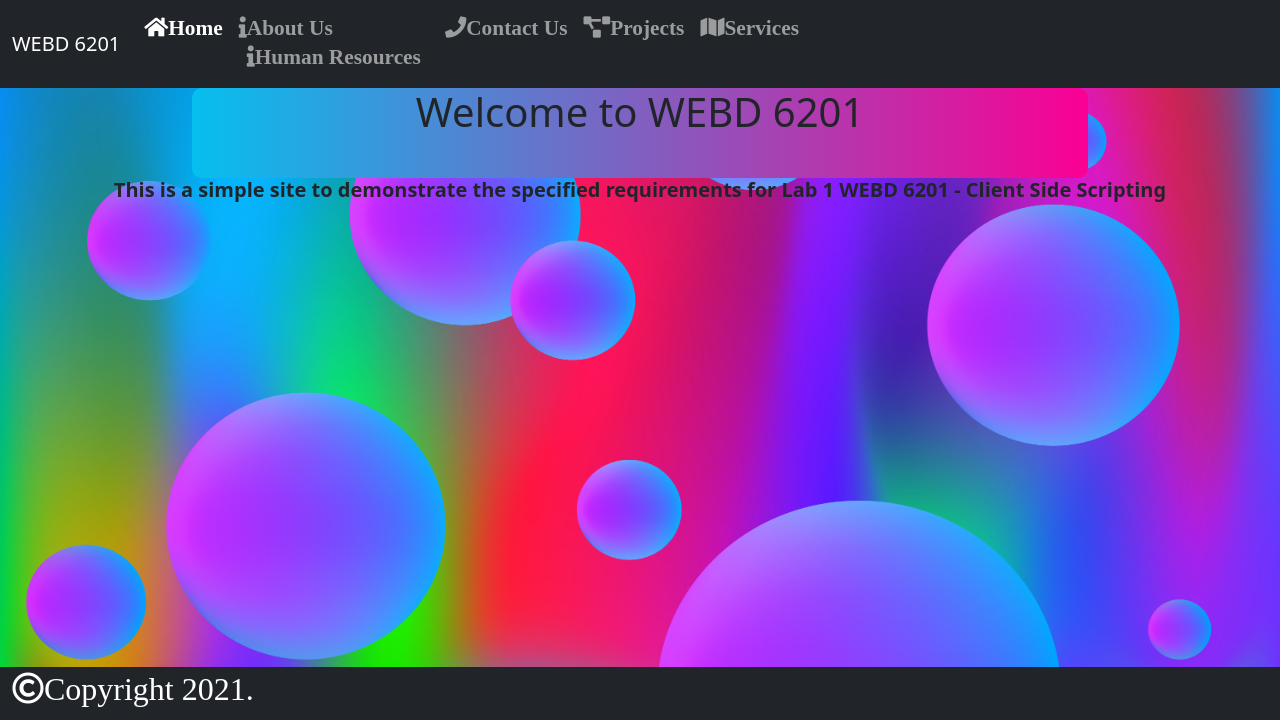
Repository: vans12345678/WEBD6201-W2021-Lab1
Page: index.html
These files come from the project's save history. The page is drawn as it stood at one moment and after the next save; the edit follows.
The browser window is 1280 px wide. The pictures show the whole page.

Above is the page before, as saved 2021-02-04 18:32:29.

After the next save:
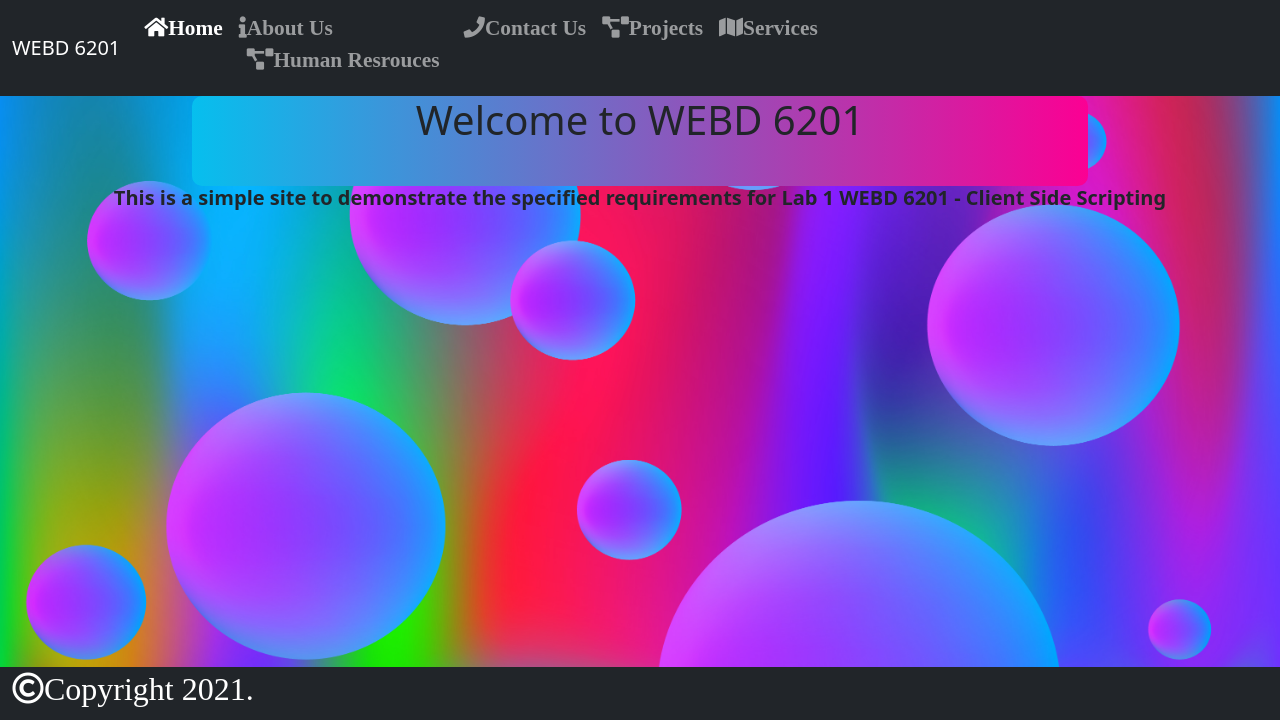
Saved 68 s later.
--- a/Scripts/app.js
+++ b/Scripts/app.js
@@ -22,7 +22,7 @@
         let hrListItem = document.createElement("li");
         hrListItem.setAttribute("id", "navHumanResources");
         let navbar = document.getElementById("ulNav").appendChild(hrListItem);
-        hrListItem.innerHTML = `<a class="nav-link fas fa-info fa-lg" aria-current="page" href="human-resources.html">Human Resources</a>`;
+        hrListItem.innerHTML = `<a class="nav-link" aria-current="page" href="human-resources.html"><i id ="navHumanResources" class ="fas fa-project-diagram fa-lg">Human Resrouces</i></a>`;
         navAboutElement.after(hrListItem);
 
         navTextElement = document.getElementById("navContact").textContent = "Contact Us";
